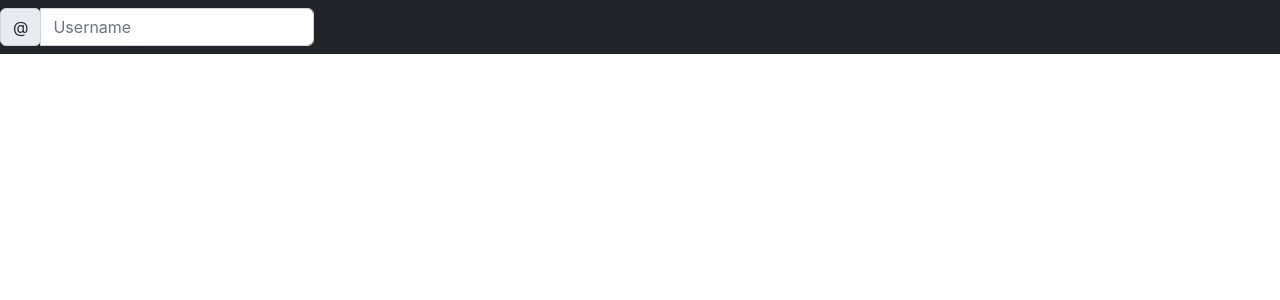
Repository: Sakshamccna/React
Page: /Sidebar
An editor plug-in stored every save of this project. The page is shown before and after the next save, followed by the edit.
The browser window is 1280 px wide. The pictures show the whole page.
The project was rebuilt for these pictures with package versions that can differ from the ones it lists, and the page was loaded fresh each time.

Above is the page before, as saved 2022-12-26 09:48:08.

After the next save:
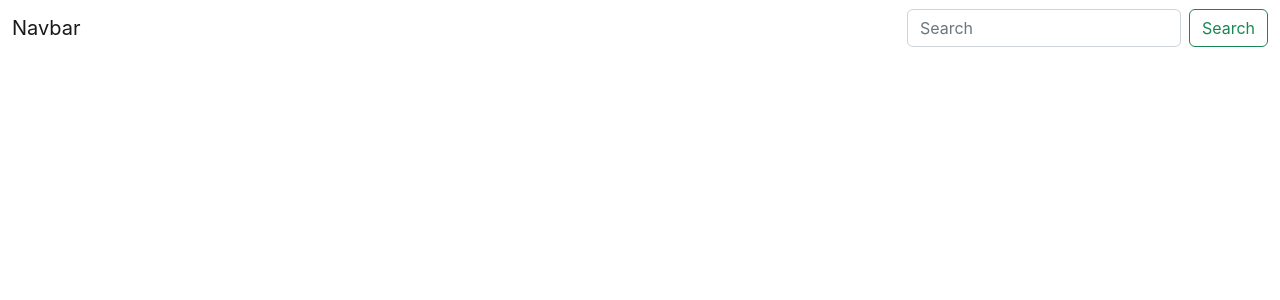
Saved 3 min 50 s later.
--- a/src/Components/Headers.tsx
+++ b/src/Components/Headers.tsx
@@ -3,15 +3,14 @@ import React from 'react'
 function Headers() {
     return (
         <>
-            <nav className="navbar navbar-light bg-dark">
-                <form className="form-inline">
-                    <div className="input-group">
-                        <div className="input-group-prepend">
-                            <span className="input-group-text" id="basic-addon1">@</span>
-                        </div>
-                        <input type="text" className="form-control" placeholder="Username" aria-label="Username" aria-describedby="basic-addon1" />
-                    </div>
-                </form>
+            <nav className="navbar bg-body-tertiary">
+                <div className="container-fluid">
+                    <a className="navbar-brand">Navbar</a>
+                    <form className="d-flex" role="search">
+                        <input className="form-control me-2" type="search" placeholder="Search" aria-label="Search" />
+                        <button className="btn btn-outline-success" type="submit">Search</button>
+                    </form>
+                </div>
             </nav>
         </>
     )
